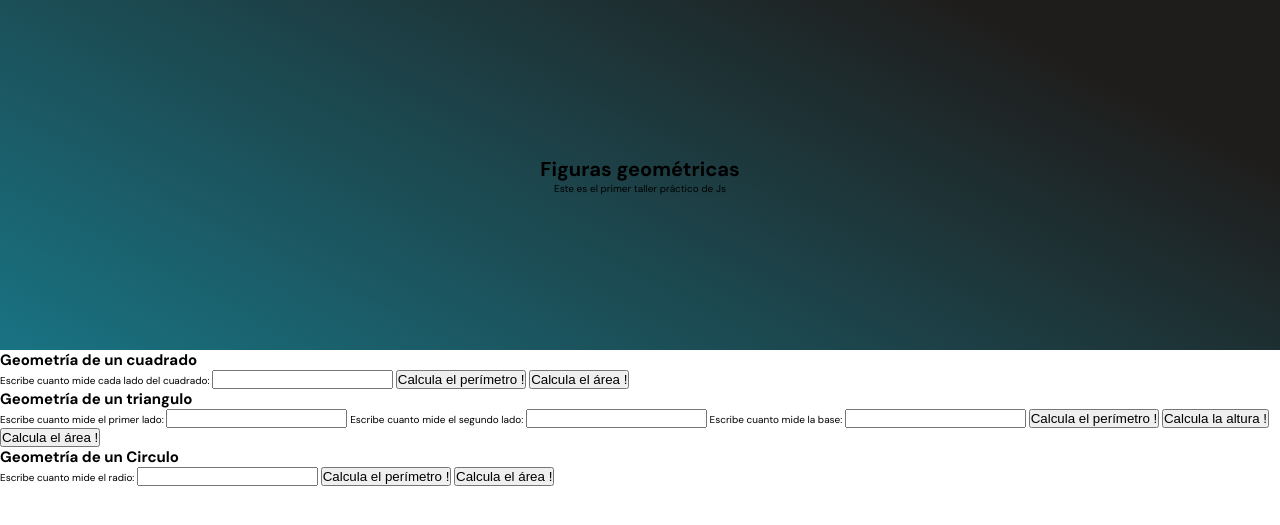
Repository: ChristianGecchelin/javascript-project
Page: javascript-project/figuras-geometricas/figuras.html
These files come from the project's save history. The page is drawn as it stood at one moment and after a run of saves; the edit follows.
The browser window is 1280 px wide. The pictures show the whole page.

Above is the page before, as saved 2021-12-01 21:13:54.

### javascript-project/figuras-geometricas/figuras.html
<!DOCTYPE html>
<html lang="en">
  <head>
    <meta charset="UTF-8" />
    <meta http-equiv="X-UA-Compatible" content="IE=edge" />
    <meta name="viewport" content="width=device-width, initial-scale=1.0" />
    <title>Figuras geométricas | Proyecto 1</title>
    <link rel="preconnect" href="https://fonts.googleapis.com" />
    <link rel="preconnect" href="https://fonts.gstatic.com" crossorigin />
    <link
      href="https://fonts.googleapis.com/css2?family=DM+Sans:wght@400;500;700&family=Inter:wght@300;500&display=swap"
      rel="stylesheet"
    />
    <link rel="stylesheet" href="./style.css" />
  </head>
  <body>
    <header>
      <h1>Figuras geométricas</h1>
      <p>Este es el primer taller práctico de Js</p>
    </header>
    <section>
      <h2>Geometría de un cuadrado</h2>
      <form action="">
        <label for="">Escribe cuanto mide cada lado del cuadrado:</label>
        <input type="number" id="inputCuadrado" />
        <button type="button" onclick="calcularPerimetroCuadrado()">
          Calcula el perímetro !
        </button>
        <button type="button" onclick="calcularAreaCuadrado()">
          Calcula el área !
        </button>
        <!-- type button, para quitarle el submit por defecto y que no me redireccione a ningun lado -->
      </form>
    </section>
    <section>
      <h2>Geometría de un triangulo</h2>
      <form action="">
        <label for="">Escribe cuanto mide el primer lado:</label>
        <input type="number" id="inputLado1" />
        <label for="">Escribe cuanto mide el segundo lado:</label>
        <input type="number" id="inputLado2" />
        <label for="">Escribe cuanto mide la base:</label>
        <input type="number" id="inputBase" />
        <button type="button" onclick="calcularPerimetroTriangulo()">
          Calcula el perímetro !
        </button>
        <button type="button" onclick="calcularAlturaTriangulo()">
          Calcula la altura !
        </button>
        <button type="button" onclick="calcularAreaTriangulo()">
          Calcula el área !
        </button>
        <!-- type button, para quitarle el submit por defecto y que no me redireccione a ningun lado -->
      </form>
    </section>
    <section>
      <h2>Geometría de un Circulo</h2>
      <form action="">
        <label for="">Escribe cuanto mide el radio:</label>
        <input type="number" id="inputRadio" />
        <button type="button" onclick="calcularPerimetroCirculo()">
          Calcula el perímetro !
        </button>
        <button type="button" onclick="calcularAreaCirculo()">
          Calcula el área !
        </button>
        <!-- type button, para quitarle el submit por defecto y que no me redireccione a ningun lado -->
      </form>
    </section>
    <script src="./figurasConFunciones.js"></script>
  </body>
</html>

### javascript-project/figuras-geometricas/style.css
* {
  box-sizing: border-box;
  margin: 0;
  padding: 0;
}
html {
  font-size: 62.5%;
  font-family: "DM Sans", sans-serif;
}
header {
  position: relative;
  display: flex;
  flex-direction: column;
  justify-content: center;
  width: 100%;
  min-width: 320px;
  height: 350px;
  text-align: center;
  background: linear-gradient(207.8deg, #1f1d1c 16.69%, #197383 100%);
}

### javascript-project/figuras-geometricas/figurasConFunciones.js
/* Codigo del cuadrado */
console.group("Cuadrado");
function perimetroCuadrado(lado) {
  return lado * 4;
}
/* console.log(`Perimetro del cuadrado es: ${perimetroCuadrado} cm.`); */
function areaCuadrado(lado) {
  return (
    lado ** 2
  ); /* debe estar escrito de igual manera el parametro que el return */
}

/* console.log(`El area del cuadrado es: ${areaCuadrado} cm^2.`); */
console.groupEnd();

/* Codigo del triangulo */
console.group("Triangulo");

function perimetroTriangulo(lado1, lado2, base) {
  return lado1 + lado2 + base;
}
function calcularAltura(lado1, lado2, lado3) {
  let ladosIguales;
  let ladoBase;
  let altura;

  if (
    lado1 + lado2 <= lado3 ||
    lado1 + lado3 <= lado2 ||
    lado2 + lado3 <= lado1
  ) {
    alert(
      "En un triangulo la base no puede ser mayor a la suma de sus catetos"
    );
  } else {
    switch (true) {
      case lado1 === lado2:
        ladosIguales = lado1;
        ladoBase = lado3;
        break;
      case lado1 === lado3:
        ladosIguales = lado1;
        ladoBase = lado2;
        break;
      case lado3 === lado2:
        ladosIguales = lado2;
        ladoBase = lado1;
        break;
    }
    if (!ladosIguales) {
      alert("Tu triangulo no es isosceles, ingresa la altura");
    } else {
      altura = Math.sqrt(ladosIguales ** 2 - ladoBase ** 2 / 4);
    }
  }
  return ladosIguales, ladoBase, altura;
}
function areaTriangulo(ladoBase, altura) {
  return (
    (ladoBase * altura) / 2
  ); /* tengo que llamar a la funcion altura para pasarle el dato */
}
console.groupEnd();

//Codigo Circulo
console.group("Circulo");
function diametroCirculo(radio) {
  return radio * 2;
}
const pi = Math.PI;
function circunferencia(radio) {
  const diametro = diametroCirculo(radio);
  /* llamo a una funcion dentro de otra y creo una variable que tiene alcance local */
  return diametro * pi;
}
function superficieCirculo(radio) {
  return pi * radio ** 2;
}

console.groupEnd();
/* Creo una funcion, que a traves del id obtengo lo que el usuario ingreso en el input. y con eso le saco el value que le paso
a la funcion que cree antes y es la encargada de hacer el calculo para luego mostrarse en un aler */
function calcularPerimetroCuadrado() {
  const input = document.getElementById("inputCuadrado");
  const value = input.value;
  const perimetro = perimetroCuadrado(value);
  alert(perimetro);
}
function calcularAreaCuadrado() {
  const input = document.getElementById("inputCuadrado");
  const value = input.value;
  const area = areaCuadrado(value);
  alert(area);
}

function calcularPerimetroTriangulo() {
  const inputLado1 = document.getElementById("inputLado1");
  const valueLado1 = Number(inputLado1.value);
  const inputLado2 = document.getElementById("inputLado2");
  const valueLado2 = Number(inputLado2.value);
  const inputBase = document.getElementById("inputBase");
  const valueBase = Number(inputBase.value);
  /* Es importante ponerle number porque por mas que el input tenga type number, este lo transforma como un string */
  const perimetro = perimetroTriangulo(valueLado1, valueLado2, valueBase);
  alert(perimetro);
}

function calcularAlturaTriangulo() {
  const inputLado1 = document.getElementById("inputLado1");
  const valueLado1 = Number(inputLado1.value);
  const inputLado2 = document.getElementById("inputLado2");
  const valueLado2 = Number(inputLado2.value);
  const inputBase = document.getElementById("inputBase");
  const valueBase = Number(inputBase.value);
  const alturaTriangulo = calcularAltura(valueLado1, valueLado2, valueBase);
  alert(alturaTriangulo);
}

function calcularAreaTriangulo() {
  /* const inputAltura = document.getElementById("inputAltura");
  const valueAltura = Number(inputAltura.value);
  const inputBase = document.getElementById("inputBase");
  const valueBase = inputBase.value;
  const area = areaTriangulo(valueAltura, valueBase);
  alert(area); */
  const inputLado1 = document.getElementById("inputLado1");
  const valueLado1 = Number(inputLado1.value);
  const inputLado2 = document.getElementById("inputLado2");
  const valueLado2 = Number(inputLado2.value);
  const inputBase = document.getElementById("inputBase");
  const valueBase = Number(inputBase.value);
  const altura = calcularAltura(valueLado1, valueLado2, valueBase);
  const area = areaTriangulo(valueBase, altura);
  alert(area);
}

function calcularPerimetroCirculo() {
  const inputRadio = document.getElementById("inputRadio");
  const valueRadio = inputRadio.value;
  const perimetro = circunferencia(valueRadio);
  alert(perimetro);
}
function calcularAreaCirculo() {
  const inputRadio = document.getElementById("inputRadio");
  const valueRadio = inputRadio.value;
  const superficie = superficieCirculo(valueRadio);
  alert(superficie);
}

After the next 2 saves:
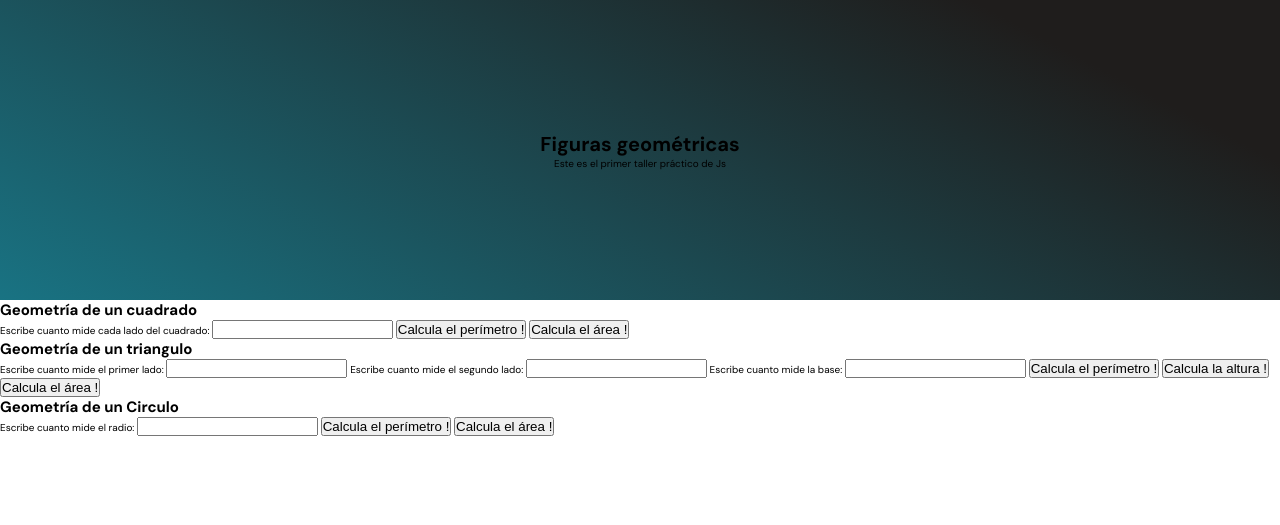
The 2 saves are shown as one change because they came seconds apart.
The last was saved 27 s later.
--- a/javascript-project/figuras-geometricas/style.css
+++ b/javascript-project/figuras-geometricas/style.css
@@ -14,7 +14,7 @@ header {
   justify-content: center;
   width: 100%;
   min-width: 320px;
-  height: 350px;
+  height: 300px;
   text-align: center;
   background: linear-gradient(207.8deg, #1f1d1c 16.69%, #197383 100%);
 }
